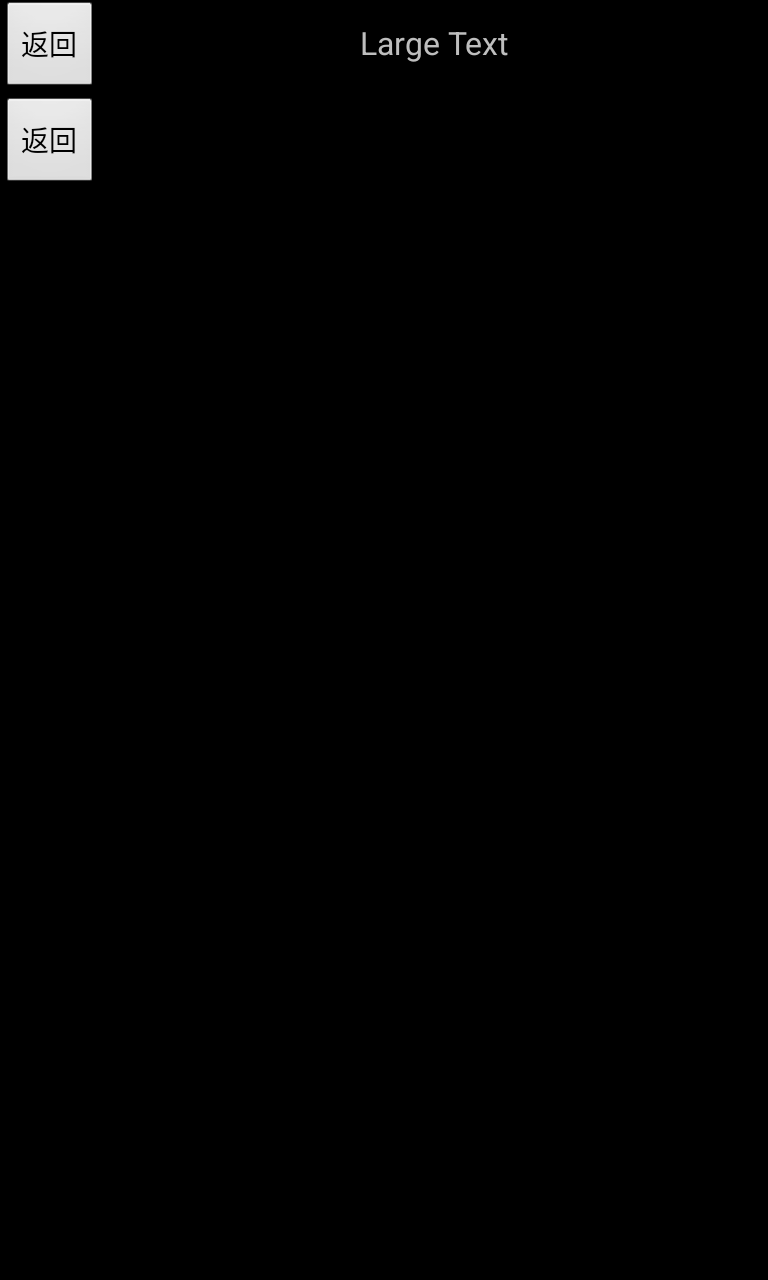
Repository: gongxinge/money-android
Layout: P2P/res/layout/billdetaillist.xml
An editor plug-in stored every save of this project. The layout is shown before and after the next save, followed by the edit.
It is drawn on a 768 x 1280 px phone screen (xhdpi) without system bars, with theme android:Theme; the app's code is not run. Lists and similar views that code fills are empty.

Above is the layout before, as saved 2015-06-28 07:56:46.

### P2P/res/layout/billdetaillist.xml
<?xml version="1.0" encoding="utf-8"?>
<LinearLayout xmlns:android="http://schemas.android.com/apk/res/android"
    android:layout_width="match_parent"
    android:layout_height="match_parent"
    android:orientation="vertical" >

    <LinearLayout
        android:id="@+id/llCenter"
        android:layout_width="fill_parent"
        android:layout_height="wrap_content"
        android:orientation="horizontal" >

        <Button
            android:id="@+id/btnBack"
            android:layout_width="wrap_content"
            android:layout_height="wrap_content"
            android:text="返回" />

        <TextView
            android:id="@+id/txtMonthInfo"
            android:layout_width="fill_parent"
            android:layout_height="wrap_content"
            android:gravity="center"
            android:textSize="16dp"
            android:text="Large Text" />
    </LinearLayout>
        <Button
            android:id="@+id/btnBack"
            android:layout_width="wrap_content"
            android:layout_height="wrap_content"
            android:text="返回" />
    <ListView
        android:id="@+id/listView1"
        android:layout_width="match_parent"
        android:layout_height="wrap_content" >
    </ListView>

</LinearLayout>

After the next save:
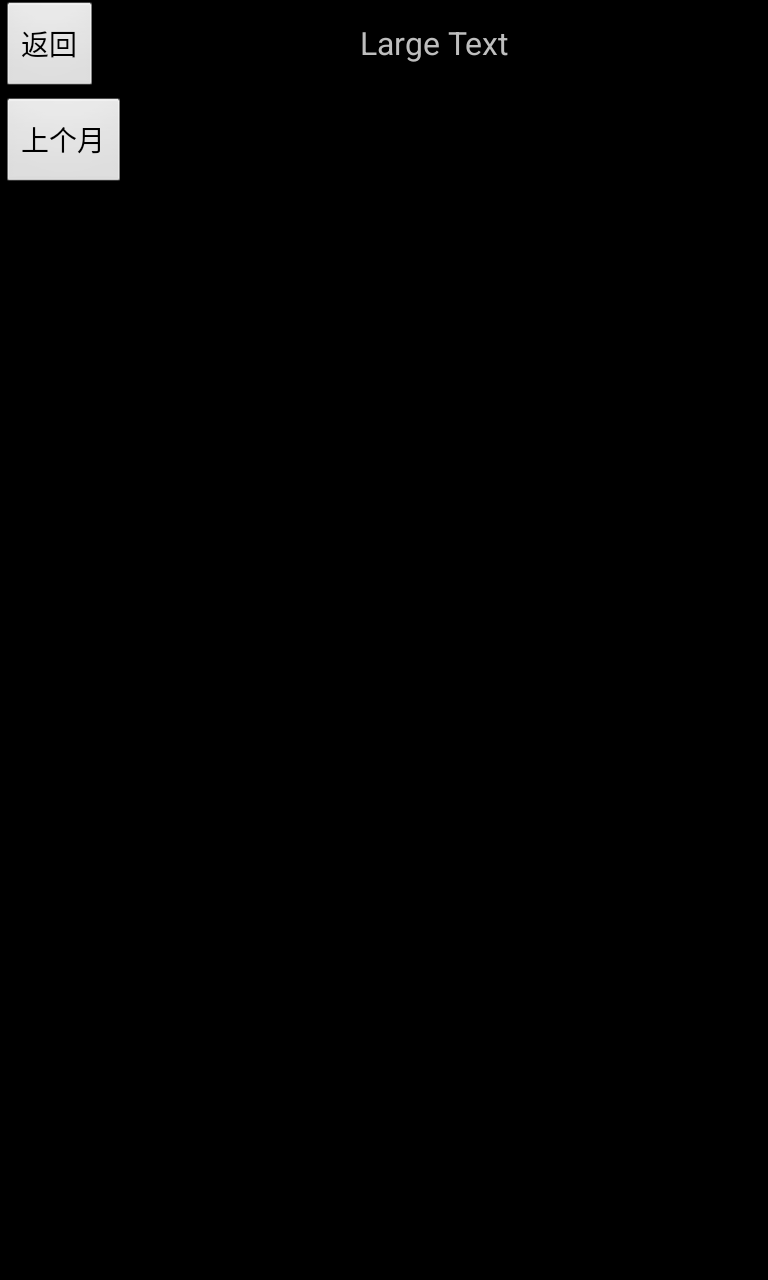
Saved 5 s later.
--- a/P2P/res/layout/billdetaillist.xml
+++ b/P2P/res/layout/billdetaillist.xml
@@ -28,7 +28,7 @@
             android:id="@+id/btnBack"
             android:layout_width="wrap_content"
             android:layout_height="wrap_content"
-            android:text="返回" />
+            android:text="上个月" />
     <ListView
         android:id="@+id/listView1"
         android:layout_width="match_parent"
